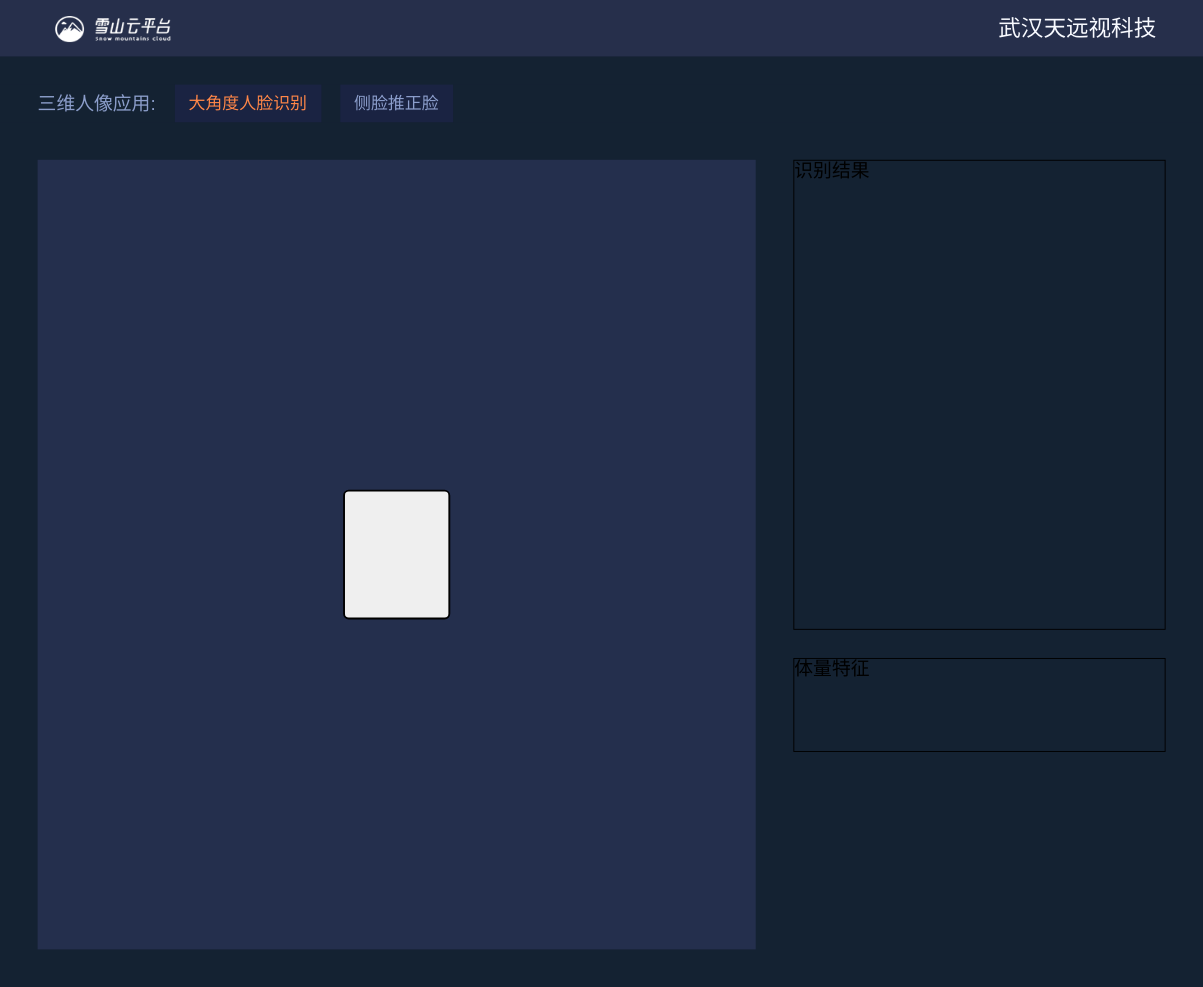
Repository: fyt2020/pubilcDemlo
Page: /
An editor plug-in stored every save of this project. The page is shown before and after a run of saves, followed by the edit.
The browser window is 1280 px wide. The pictures show the whole page, at 94% of full size.
The project was rebuilt for these pictures with package versions that can differ from the ones it lists, and the page was loaded fresh each time.

Above is the page before, as saved 2020-04-28 11:05:51.

After the next 5 saves:
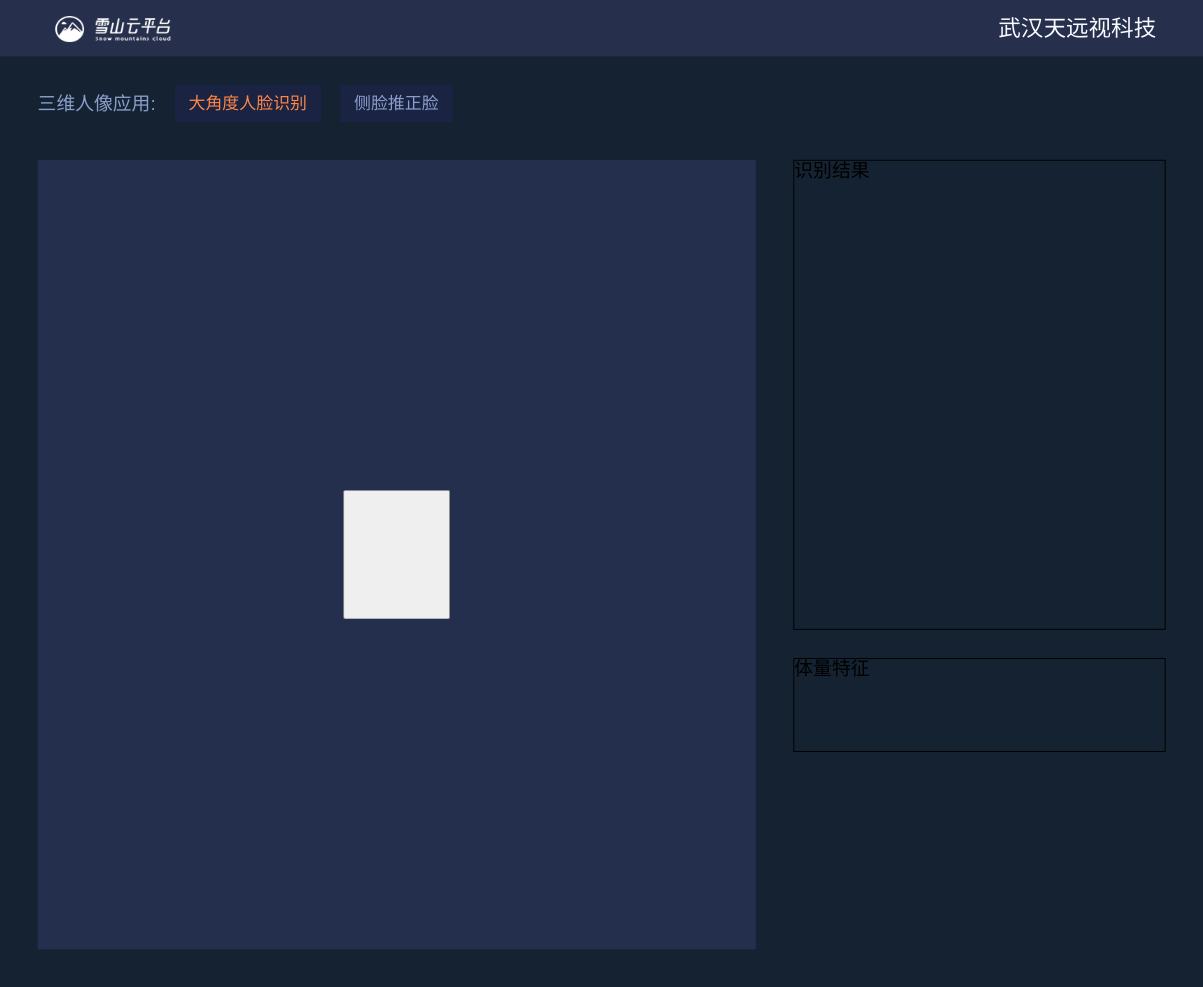
The 5 saves are shown as one change because they came seconds apart.
The last was saved 18 s later.
--- a/src/assets/css/bigAngle.scss
+++ b/src/assets/css/bigAngle.scss
@@ -33,15 +33,15 @@
              .btn{
                  position: absolute;
                  outline: none;
-                 border-style: solid;
-                 border-width: 2px;
+                //  border-style: solid;
+                //  border-width: 2px;
                 //  border-image-source: linear-gradient(0deg,#1a5fff 0%, #5f8ffd 100%);
                 //  border-image-slice: 1;
                  width: 114px;
                  height: 138px;
-                 line-height: 30px;
-                 color: #1a5fff;
-                 border-radius: 6px;
+                //  line-height: 30px;
+                //  color: #1a5fff;
+                //  border-radius: 6px;
                  z-index: 9999;
              }
         }
